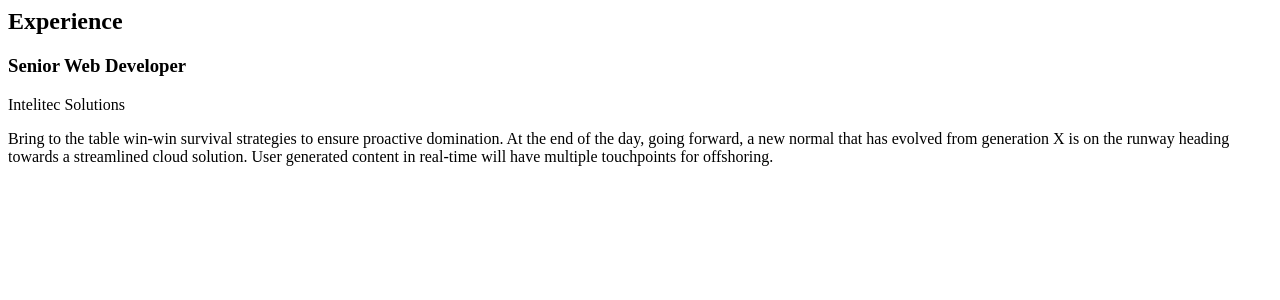
Repository: rchilders4/rchilders4.github.io
Page: RChilders/_includes/exp.html
The author's editor kept a record of every edit. The page is drawn from the files as they stood at one moment, then again after the next edit.
The browser window is 1280 px wide. The pictures show the whole page.

Above is the page before.

After the next edit:
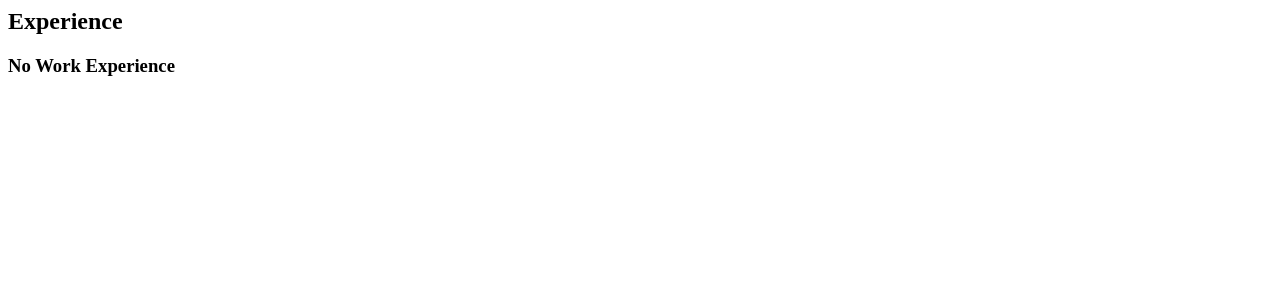
The edit:
--- a/RChilders/_includes/exp.html
+++ b/RChilders/_includes/exp.html
@@ -4,9 +4,9 @@
 
         <div class="resume-item d-flex flex-column flex-md-row justify-content-between mb-5">
           <div class="resume-content">
-            <h3 class="mb-0">Senior Web Developer</h3>
-            <div class="subheading mb-3">Intelitec Solutions</div>
-            <p>Bring to the table win-win survival strategies to ensure proactive domination. At the end of the day, going forward, a new normal that has evolved from generation X is on the runway heading towards a streamlined cloud solution. User generated content in real-time will have multiple touchpoints for offshoring.</p>
+            <h3 class="mb-0">No Work Experience</h3>
+            <div class="subheading mb-3"> </div>
+            <p> </p>
           </div>
 
 
